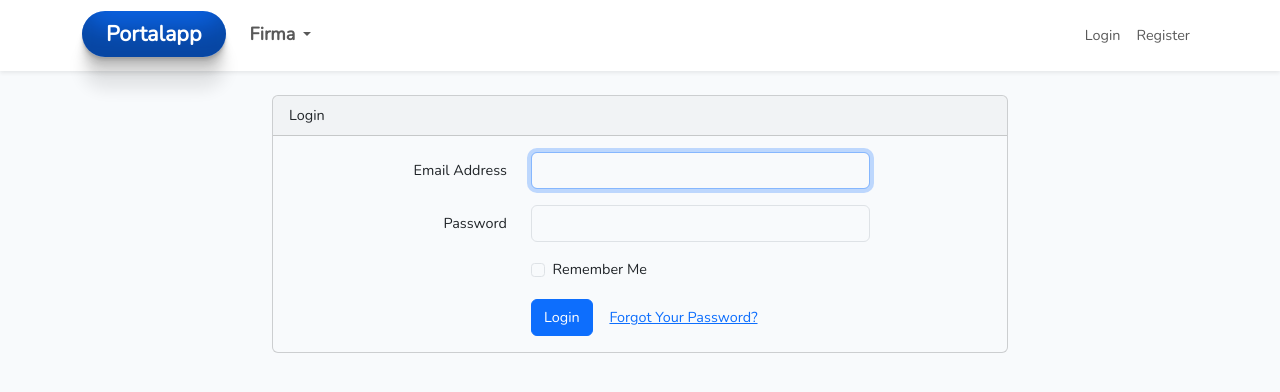
Repository: oguzhansade/portalapp
Page: http://localhost/login
An editor plug-in stored every save of this project. The page is shown before and after the next save, followed by the edit.
The browser window is 1280 px wide. The pictures show the whole page.
The page is served by the project's Laravel application, run on PHP 8.4 with Laravel 9. Style sheets and scripts are compiled from the project's sources, by tool versions that may differ from the author's.

Above is the page before, as saved 2023-06-22 23:20:07.

After the next save:
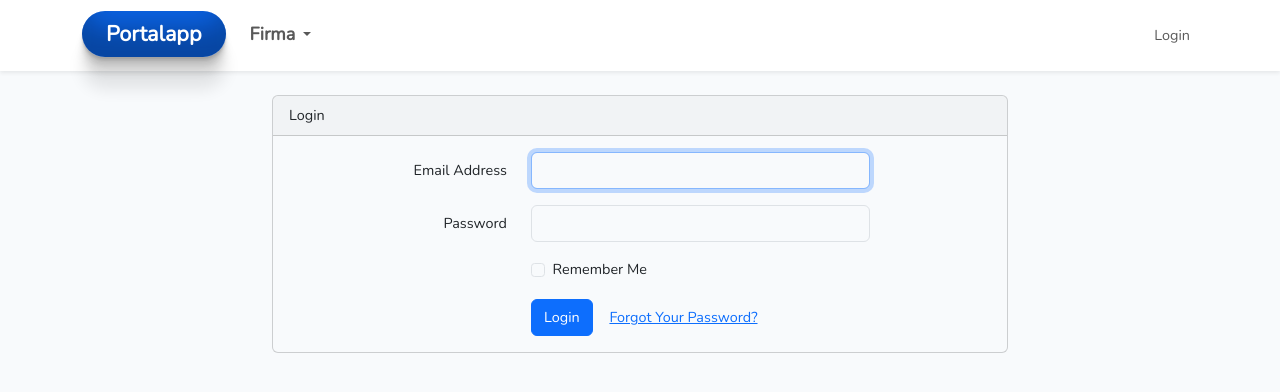
Saved 2 min 50 s later.
--- a/routes/web.php
+++ b/routes/web.php
@@ -22,8 +22,8 @@ Route::get('/kontaktform', [App\Http\Controllers\front\formcraft\FormCraftContro
 Route::get('/reinigungform', [App\Http\Controllers\front\formcraft\FormCraftController::class, 'handleReinigungForm'])->name('handleReinigungForm');
 Route::get('/firmenform', [App\Http\Controllers\front\formcraft\FormCraftController::class, 'handleFirmenForm'])->name('handleFirmenForm');
 Route::get('/mailTester', [App\Http\Controllers\front\formcraft\FormCraftController::class, 'mailTester'])->name('mailTester');
-Auth::routes();
 
+Auth::routes(['register' => false]);
 
 Route::group(['namespace' => 'front', 'middleware' => ['auth']], function () {
     Route::group(['namespace' => 'home', 'as' => 'home.'], function () {
